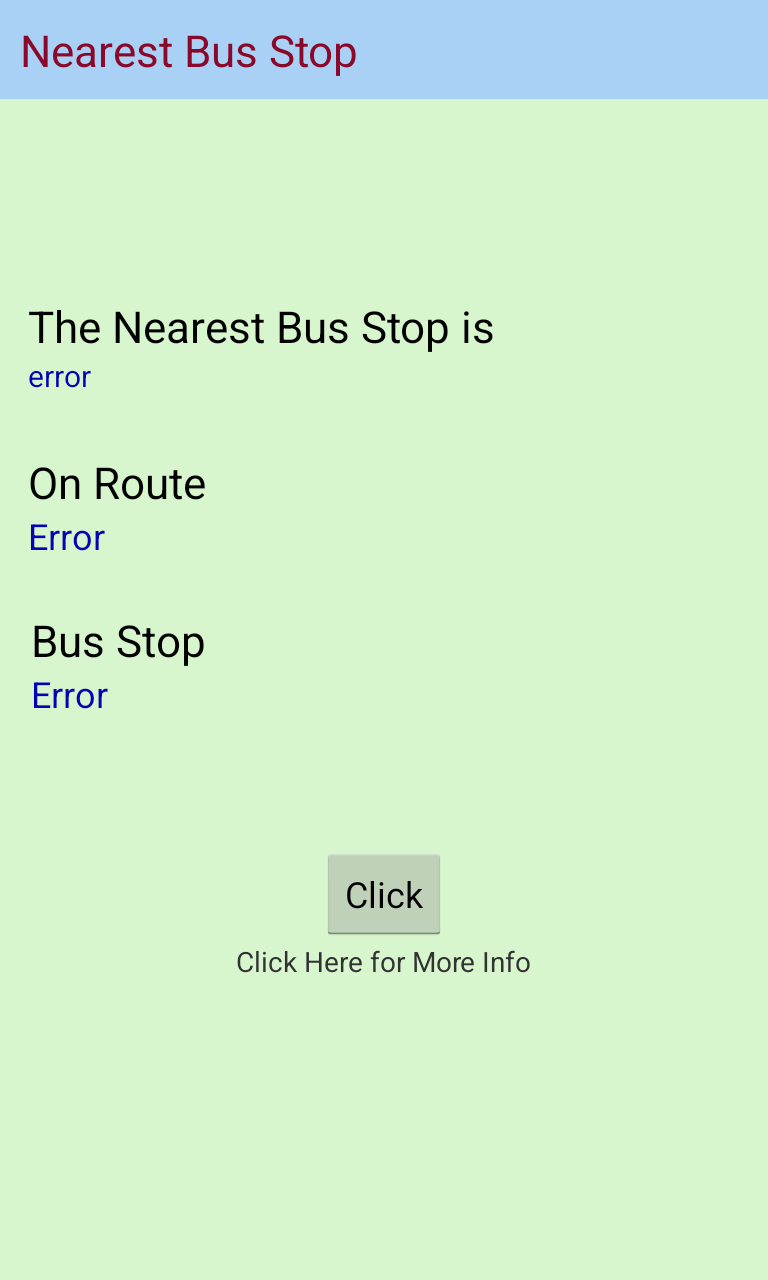
Repository: patheon17/myrepo2
Layout: workspace/UMBusTracking/res/layout/activity_nearest_stop.xml
These files come from the project's save history. The layout is drawn as it stood at one moment and after the next save; the edit follows.
It is drawn on a 768 x 1280 px phone screen (xhdpi) without system bars, with theme AppTheme; the app's code is not run.

Above is the layout before, as saved 2013-10-04 06:06:48.

### workspace/UMBusTracking/res/layout/activity_nearest_stop.xml
<RelativeLayout xmlns:android="http://schemas.android.com/apk/res/android"
    xmlns:tools="http://schemas.android.com/tools"
    android:layout_width="match_parent"
    android:layout_height="match_parent"
    android:background="#D8F6CE"
    tools:context=".NearestStop" >

    <TextView
        android:id="@+id/textView2"
        android:layout_width="fill_parent"
        android:layout_height="wrap_content"
        android:layout_alignParentTop="true"
        android:background="@color/background_lime"
        android:padding="10sp"
        android:text="Nearest Bus Stop"
        android:textAppearance="?android:attr/textAppearanceLarge"
        android:textColor="#8A0829"
        />

    <TextView
        android:id="@+id/onroute"
        android:layout_width="wrap_content"
        android:layout_height="wrap_content"
        android:layout_above="@+id/routed"
        android:layout_alignLeft="@+id/displaystop"
        android:text="@string/routename"
        android:textAppearance="?android:attr/textAppearanceLarge" />

    <TextView
        android:id="@+id/routed"
        android:layout_width="wrap_content"
        android:layout_height="wrap_content"
        android:layout_above="@+id/busstop"
        android:layout_alignLeft="@+id/onroute"
        android:layout_marginBottom="25dp"
        android:gravity="center"
        android:text="Error"
        android:textAppearance="?android:attr/textAppearanceMedium"
        android:textColor="#0404B4" />

    <TextView
        android:id="@+id/textView1"
        android:layout_width="wrap_content"
        android:layout_height="wrap_content"
        android:layout_above="@+id/displaystop"
        android:layout_alignParentLeft="true"
        android:layout_marginLeft="14dp"
        android:text="The Nearest Bus Stop is"
        android:textAppearance="?android:attr/textAppearanceLarge" />

    <TextView
        android:id="@+id/displaystop"
        android:layout_width="wrap_content"
        android:layout_height="wrap_content"
        android:layout_above="@+id/onroute"
        android:layout_alignLeft="@+id/textView1"
        android:layout_marginBottom="28dp"
        android:text="@string/displaystop"
        android:textColor="#0404B4"
        android:textSize="15dp" />

    <TextView
        android:id="@+id/busstop"
        android:layout_width="wrap_content"
        android:layout_height="wrap_content"
        android:layout_alignRight="@+id/onroute"
        android:layout_centerVertical="true"
        android:text="@string/stopname"
        android:textAppearance="?android:attr/textAppearanceLarge" />

    <TextView
        android:id="@+id/stops"
        android:layout_width="wrap_content"
        android:layout_height="wrap_content"
        android:layout_alignLeft="@+id/busstop"
        android:layout_below="@+id/busstop"
        android:text="Error"
        android:textAppearance="?android:attr/textAppearanceMedium"
        android:textColor="#0404B4" />

    <Button
        android:id="@+id/button1"
        android:layout_width="wrap_content"
        android:layout_height="wrap_content"
        android:layout_below="@+id/stops"
        android:layout_centerHorizontal="true"
        android:layout_marginTop="64dp"
        android:text="Click" />

    <TextView
        android:id="@+id/textView3"
        android:layout_width="wrap_content"
        android:layout_height="wrap_content"
        android:layout_below="@+id/button1"
        android:layout_centerHorizontal="true"
        android:text="Click Here for More Info"
        android:textAppearance="?android:attr/textAppearanceSmall" />

</RelativeLayout>

### workspace/UMBusTracking/res/values/styles.xml
<resources>

    <!--
        Base application theme, dependent on API level. This theme is replaced
        by AppBaseTheme from res/values-vXX/styles.xml on newer devices.
    -->
    <style name="AppBaseTheme" parent="android:Theme.Light">
        <!--
            Theme customizations available in newer API levels can go in
            res/values-vXX/styles.xml, while customizations related to
            backward-compatibility can go here.
        -->
    </style>

    <!-- Application theme. -->
    <style name="AppTheme" parent="AppBaseTheme">
        <!-- All customizations that are NOT specific to a particular API-level can go here. -->
    </style>


</resources>

### workspace/UMBusTracking/res/values/strings.xml
<?xml version="1.0" encoding="utf-8"?>
<resources>

    <string name="app_name">UMBusTracking</string>
    <string name="action_settings">Settings</string>
    <string name="hello_world">Hello world!</string>
    <string name="button">Connect</string>
    <string name="title_activity_info">InfoActivity</string>
    <string name="title_activity_test2">Test2</string>
    <string name="title_activity_view_stops_details">View Bus Stops Details/Information</string>
    <string name="viewstoptitle">Error</string>
    <string name="title_activity_nearest_stop">NearestStop</string>
    <string name="displaystop">error</string>

    <color name="background_lime">#A9D0F5</color>

    <string name="routename">On Route</string>
    <string name="stopname">Bus Stop</string>
    <string name="title_activity_display_busses">DisplayBusses</string>

</resources>

Loaded but not shown: workspace/UMBusTracking/res/values-v11/styles.xml (common file); workspace/UMBusTracking/res/values-v14/styles.xml (common file)

After the next save:
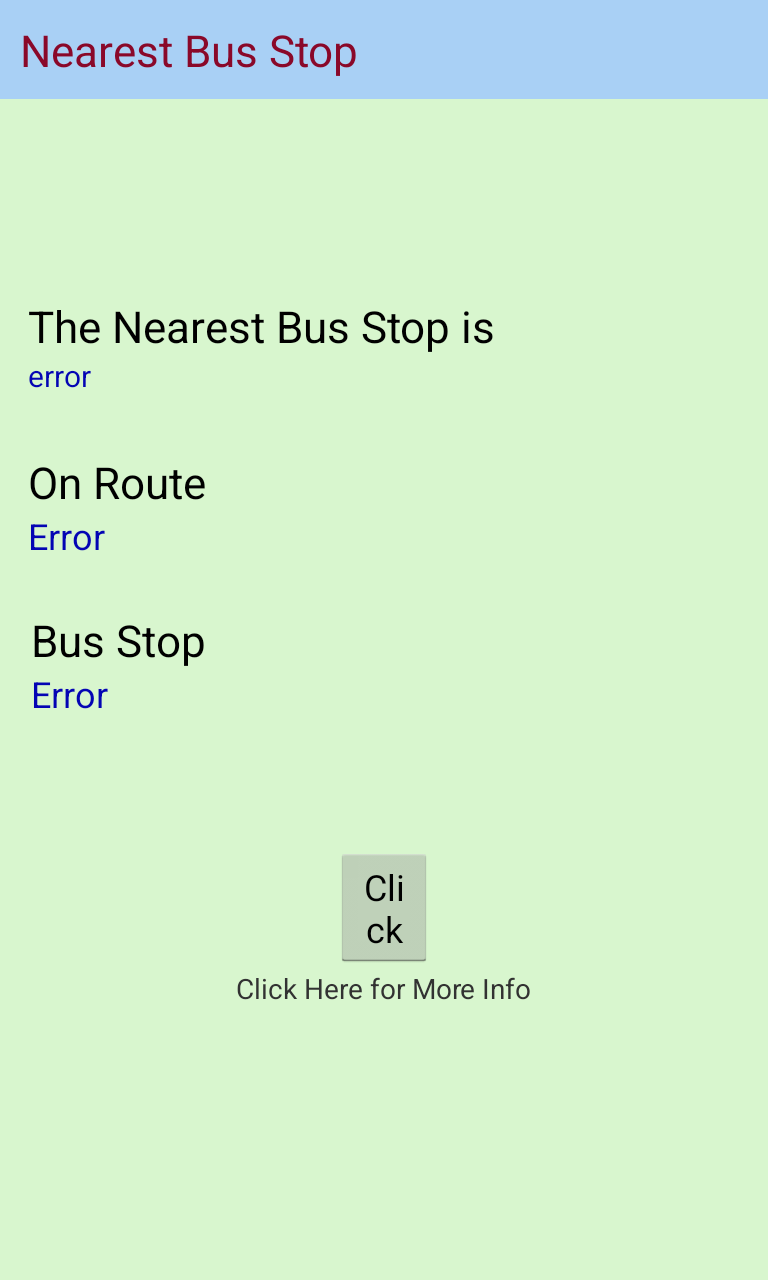
Saved 21 s later.
--- a/workspace/UMBusTracking/res/layout/activity_nearest_stop.xml
+++ b/workspace/UMBusTracking/res/layout/activity_nearest_stop.xml
@@ -80,7 +80,7 @@
 
     <Button
         android:id="@+id/button1"
-        android:layout_width="wrap_content"
+        android:layout_width="50sp"
         android:layout_height="wrap_content"
         android:layout_below="@+id/stops"
         android:layout_centerHorizontal="true"
